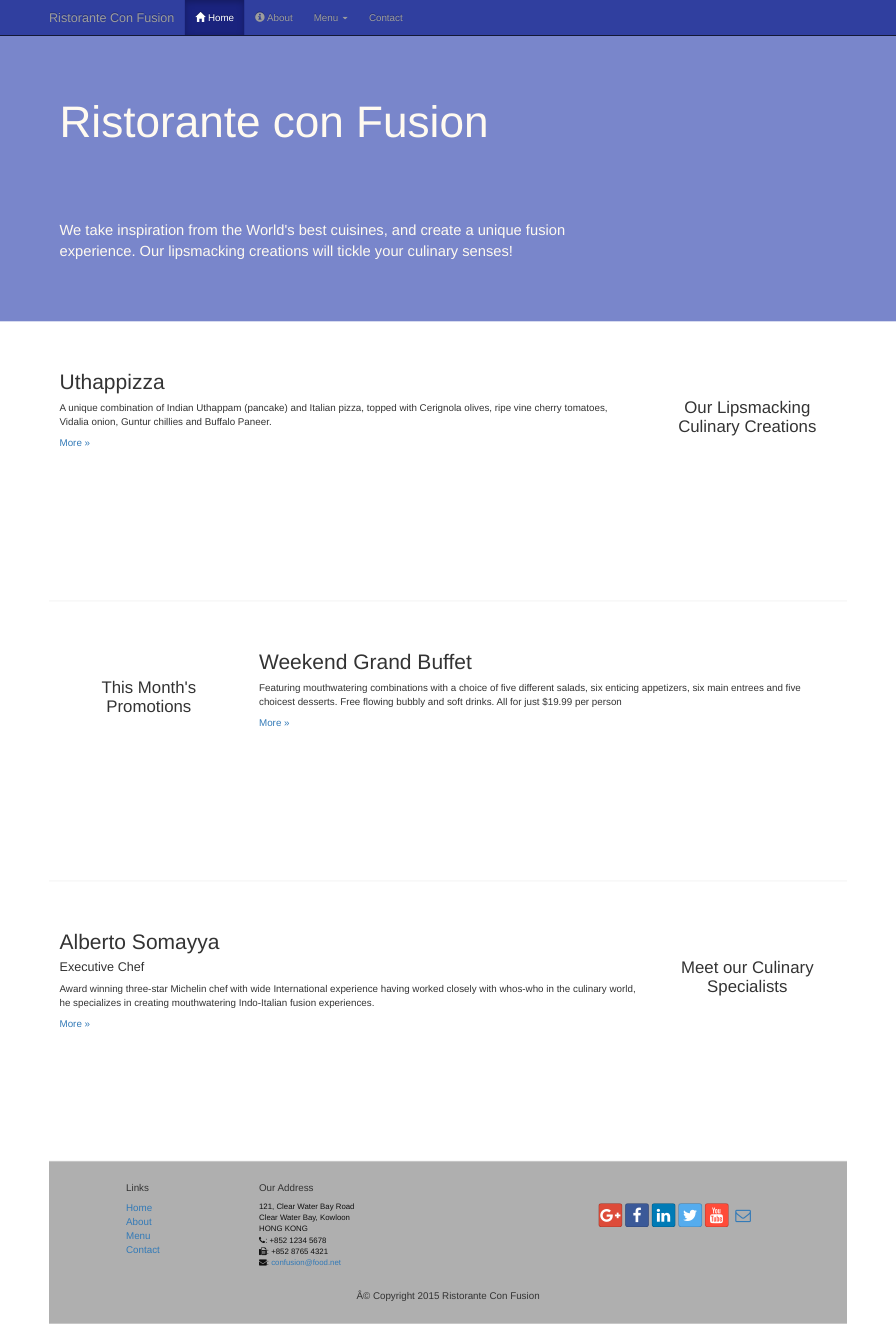
Repository: tagus24/Coursera
Page: Coursera/FullStackDeveloper/conFusion/src/main/webapp/index.html
The author's editor kept a copy of each file at every save. The page is drawn from the files as they stood at one save, then again after the next save.
The browser window is 1280 px wide. The pictures show the whole page, at 70% of full size.
Some web libraries are served in a nearby version.

Above is the page before, as saved 2016-02-06 15:47:58.

### Coursera/FullStackDeveloper/conFusion/src/main/webapp/index.html
<!DOCTYPE html>
<html lang="en">

<head>
	<meta charset="utf-8">
    <meta http-equiv="X-UA-Compatible" content="IE=edge">
    <meta name="viewport" content="width=device-width, initial-scale=1">
    <!-- The above 3 meta tags *must* come first in the head; any other head
         content must come *after* these tags -->

    <title>Ristorante Con Fusion</title>

        <!-- Bootstrap -->
    <link href="css/bootstrap.min.css" rel="stylesheet">
    <link href="css/bootstrap-theme.min.css" rel="stylesheet">
	<link href="css/font-awesome.min.css" rel="stylesheet">
    <link href="css/bootstrap-social.css" rel="stylesheet">
    <link href="css/mystyles.css" rel="stylesheet">

    <!-- HTML5 shim and Respond.js for IE8 support of HTML5 elements and media queries -->
    <!-- WARNING: Respond.js doesn't work if you view the page via file:// -->
    <!--[if lt IE 9]>
      <script src="https://oss.maxcdn.com/html5shiv/3.7.2/html5shiv.min.js"></script>
      <script src="https://oss.maxcdn.com/respond/1.4.2/respond.min.js"></script>
    <![endif]-->

</head>

<body>

	<nav class="navbar navbar-inverse navbar-fixed-top" role="navigation">
          <div class="container">
          <div class="navbar-header">
                    <button type="button" class="navbar-toggle collapsed" data-toggle="collapse" data-target="#navbar" aria-expanded="false" aria-controls="navbar">
                        <span class="sr-only">Toggle navigation</span>
                        <span class="icon-bar"></span>
                        <span class="icon-bar"></span>
                        <span class="icon-bar"></span>
                    </button>
                    <a class="navbar-brand" href="index.html">Ristorante Con Fusion</a>
                </div>
                  <div id="navbar" class="navbar-collapse collapse">
	              <ul class="nav navbar-nav">
	                   <li class="active"><a href="index.html"><span class="glyphicon glyphicon-home"
                         aria-hidden="true"></span> Home</a></li>
	                   <li><a href="#"><span class="glyphicon glyphicon-info-sign"></span> About</a></li>
	                   <li class="dropdown">
                        <a href="#" class="dropdown-toggle" data-toggle="dropdown"
                         role="button" aria-haspopup="true" aria-expanded="false">
                         Menu <span class="caret"></span></a>
                        <ul class="dropdown-menu">
                            <li><a href="#">Appetizers</a></li>
                            <li><a href="#">Main Courses</a></li>
                            <li><a href="#">Desserts</a></li>
                            <li><a href="#">Drinks</a></li>
                            <li role="separator" class="divider"></li>
                            <li class="dropdown-header">Specials</li>
                            <li><a href="#">Lunch Buffet</a></li>
                            <li><a href="#">Weekend Brunch</a></li>
                        </ul>
                     </li>
	                  <li><a href="#">Contact</a></li>
	              </ul>
               </div>
          </div>
      </nav>

    <header class="jumbotron">

        <!-- Main component for a primary marketing message or call to action -->

        <div class="container">
            <div class="row row-header">
                <div class="col-xs-12 col-sm-8">
                    <h1>Ristorante con Fusion</h1>
                    <p style="padding:40px;"></p>
                    <p>We take inspiration from the World's best cuisines, and create a unique fusion experience. Our lipsmacking creations will tickle your culinary senses!</p>
                </div>
                <div class="col-xs-12 col-sm-4">
                </div>
            </div>
        </div>
    </header>

    <div class="container">
        <div class="row row-content">
            <div class="col-xs-12 col-sm-3 col-sm-push-9">
                <p style="padding:20px;"></p>
                <h3 align=center>Our Lipsmacking Culinary Creations</h3>
            </div>
            <div class="col-xs-12 col-sm-9 col-sm-pull-3">
                <h2>Uthappizza</h2>
                <p>A unique combination of Indian Uthappam (pancake) and Italian pizza, topped with Cerignola olives, ripe vine cherry tomatoes, Vidalia onion, Guntur chillies and Buffalo Paneer.</p>
                <p><a  href="#">More &raquo;</a></p>
            </div>
        </div>


        <div class="row row-content">
            <div class="col-xs-12 col-sm-3">
                <p style="padding:20px;"></p>
                <h3 align=center>This Month's Promotions</h3>
            </div>
            <div class="col-xs-12 col-sm-9">
                <h2>Weekend Grand Buffet</h2>
                <p>Featuring mouthwatering combinations with a choice of five different salads, six enticing appetizers, six main entrees and five choicest desserts. Free flowing bubbly and soft drinks. All for just $19.99 per person </p>
                <p><a href="#">More &raquo;</a></p>
            </div>
        </div>

        <div class="row row-content">
            <div class="col-xs-12 col-sm-3 col-sm-push-9">
                <p style="padding:20px;"></p>
                <h3 align=center>Meet our Culinary Specialists</h3>
            </div>
            <div class="col-xs-12 col-sm-9 col-sm-pull-3">
                <h2>Alberto Somayya</h2>
                <h4>Executive Chef</h4>
                <p>Award winning three-star Michelin chef with wide International experience having worked closely with whos-who in the culinary world, he specializes in creating mouthwatering Indo-Italian fusion experiences. </p>
                <p><a href="#">More &raquo;</a></p>
            </div>
        </div>
    </div>

    <footer>
        <div class="container">
            <div class="row row-footer">
                <div class="col-xs-5 col-xs-offset-1 col-sm-2 col-sm-offset-1">
                    <h5>Links</h5>
                    <ul class="list-unstyled">
                        <li><a href="#">Home</a></li>
                        <li><a href="#">About</a></li>
                        <li><a href="#">Menu</a></li>
                        <li><a href="#">Contact</a></li>
                    </ul>
                </div>
                <div class="col-xs-6 col-sm-5">
                    <h5>Our Address</h5>
                    <address>
		              121, Clear Water Bay Road<br>
		              Clear Water Bay, Kowloon<br>
		              HONG KONG<br>
		            <i class="fa fa-phone"></i>: +852 1234 5678<br>
		          	<i class="fa fa-fax"></i>: +852 8765 4321<br>
		          	<i class="fa fa-envelope"></i>:
                          <a href="mailto:confusion@food.net">confusion@food.net</a>
		           </address>
                </div>
                <div class="col-xs-12 col-sm-4">
                    <div class="nav navbar-nav" style="padding: 40px 10px;">
                        <a class="btn btn-social-icon btn-google-plus" href="http://google.com/+"><i class="fa fa-google-plus"></i></a>
                        <a class="btn btn-social-icon btn-facebook" href="http://www.facebook.com/profile.php?id="><i class="fa fa-facebook"></i></a>
                        <a class="btn btn-social-icon btn-linkedin" href="http://www.linkedin.com/in/"><i class="fa fa-linkedin"></i></a>
                        <a class="btn btn-social-icon btn-twitter" href="http://twitter.com/"><i class="fa fa-twitter"></i></a>
                        <a class="btn btn-social-icon btn-youtube" href="http://youtube.com/"><i class="fa fa-youtube"></i></a>
                        <a class="btn btn-social-icon" href="mailto:"><i class="fa fa-envelope-o"></i></a>
                    </div>
                </div>
                <div class="col-xs-12">
                    <p style="padding:10px;"></p>
                    <p align=center>Â© Copyright 2015 Ristorante Con Fusion</p>
                </div>
            </div>
        </div>
    </footer>

     <!-- jQuery (necessary for Bootstrap's JavaScript plugins) -->
    <script src="https://ajax.googleapis.com/ajax/libs/jquery/1.11.3/jquery.min.js"></script>
    <!-- Include all compiled plugins (below), or include individual files as needed -->
    <script src="js/bootstrap.min.js"></script>

</body>

</html>

### Coursera/FullStackDeveloper/conFusion/src/main/webapp/css/mystyles.css
.row-header{
    margin:0px auto;
    padding:0px auto;
}

.row-content {
    margin:0px auto;
    padding: 50px 0px 50px 0px;
    border-bottom: 1px ridge;
    min-height:400px;
}

.row-footer{
    background-color: #AfAfAf;
    margin:0px auto;
    padding: 20px 0px 20px 0px;
}

.jumbotron {
    padding:70px 30px 70px 30px;
    margin:0px auto;
    background: #7986CB ;
    color:floralwhite;
}

address{
    font-size:80%;
    margin:0px;
    color:#0f0f0f;
}

body{
    padding:50px 0px 0px 0px;
    z-index:0;
}

.navbar-inverse {
     background: #303F9F;
}


.navbar-inverse .navbar-nav > .active > a,
.navbar-inverse .navbar-nav > .active > a:hover,
.navbar-inverse .navbar-nav > .active > a:focus {
    color: #fff;
    background: #1A237E;
}

.navbar-inverse .navbar-nav > .open > a,
 .navbar-inverse .navbar-nav > .open > a:hover,
 .navbar-inverse .navbar-nav > .open > a:focus {
    color: #fff;
    background: #1A237E;
}

.navbar-inverse .navbar-nav .open .dropdown-menu> li> a,
.navbar-inverse .navbar-nav .open .dropdown-menu {
    background-color: #303F9F;
    color:#eeeeee;
}

.navbar-inverse .navbar-nav .open .dropdown-menu> li> a:hover {
    color:#000000;
}

Loaded but not shown: Coursera/FullStackDeveloper/conFusion/src/main/webapp/css/bootstrap.min.css (library); Coursera/FullStackDeveloper/conFusion/src/main/webapp/css/bootstrap-theme.min.css (library); Coursera/FullStackDeveloper/conFusion/src/main/webapp/css/font-awesome.min.css (library); Coursera/FullStackDeveloper/conFusion/src/main/webapp/css/bootstrap-social.css (library); Coursera/FullStackDeveloper/conFusion/src/main/webapp/js/bootstrap.min.js (library)

After the next save:
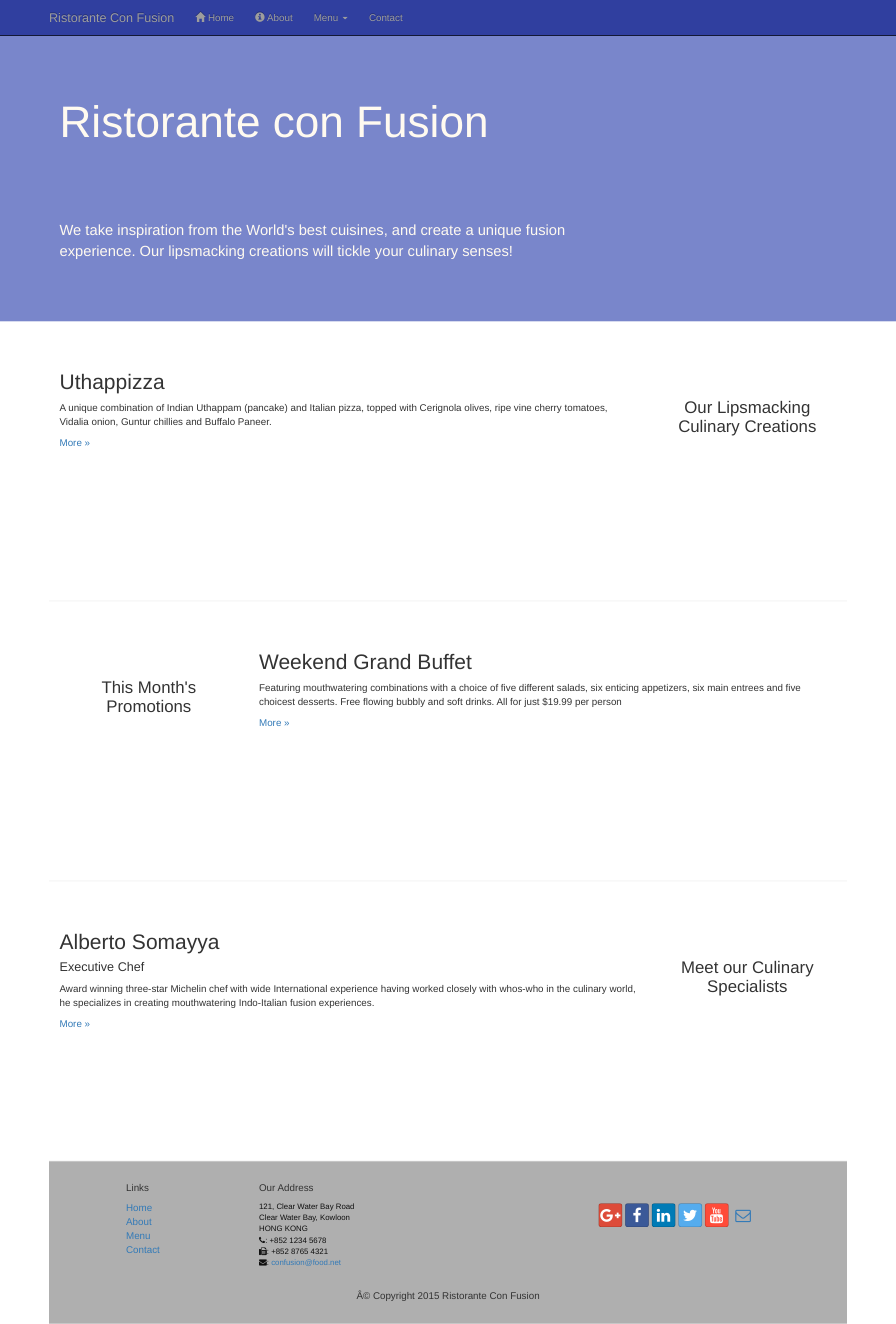
Saved 16 s later.
--- a/Coursera/FullStackDeveloper/conFusion/src/main/webapp/index.html
+++ b/Coursera/FullStackDeveloper/conFusion/src/main/webapp/index.html
@@ -41,7 +41,7 @@
                 </div>
                   <div id="navbar" class="navbar-collapse collapse">
 	              <ul class="nav navbar-nav">
-	                   <li class="active"><a href="index.html"><span class="glyphicon glyphicon-home"
+	                   <li><a href="index.html"><span class="glyphicon glyphicon-home"
                          aria-hidden="true"></span> Home</a></li>
 	                   <li><a href="#"><span class="glyphicon glyphicon-info-sign"></span> About</a></li>
 	                   <li class="dropdown">
